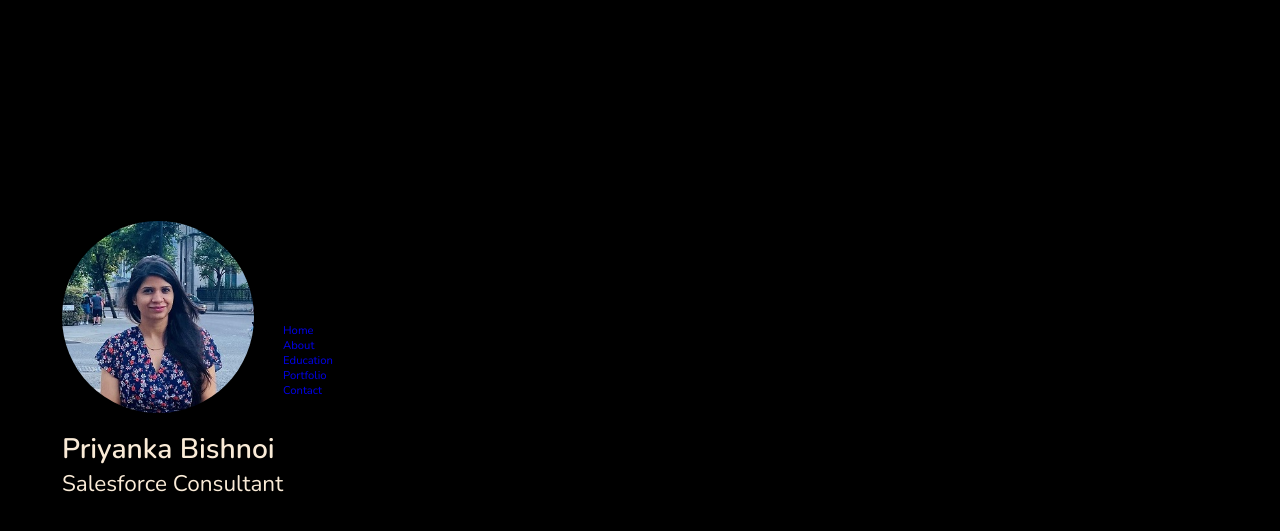
Repository: priyanka-bishnoi/PortfolioPage
Page: MyPage.html
The author's editor kept a copy of each file at every save. The page is drawn from the files as they stood at one save, then again after the next save.
The browser window is 1280 px wide. The pictures show the whole page.

Above is the page before, as saved 2022-10-07 16:19:07.

### MyPage.html
<!DOCTYPE html>
<html>
<head>
    <link rel="stylesheet" href="css/style.css">
<style>
body {
  background-color: black;
}
</style>
</head>
<body>
<header>
    <div class= "user">
        <img src="Background1.jpg"/>
        <h1 class="name" >Priyanka Bishnoi</h1>
        <p class="post" >Salesforce Consultant</p>
    </div>

    <nav class="navBar">
        <ul>
            <li> <a href="#home">Home</a></li>
            <li> <a href="#about">About</a></li>
            <li> <a href="#education">Education</a></li>
            <li> <a href="#portfolio">Portfolio</a></li>
            <li> <a href="#contact">Contact</a></li>

        </ul>


    </nav>


</header>
</body>
</html>

### css/style.css
@import url('https://fonts.googleapis.com/css2?family=Nunito:wght@200;300;400;600&display=swap');
*{
    font-family: 'Nunito', sans-serif;
    margin:0;
    padding:0;
    box-sizing:border-box;
    text-decoration:none;
    text-transform:capitalize;
    transition:all .2s linear;
}
html {
    font-size:70.5%;
    overflow-x:hidden;
}
body {
    background:black;
    overflow-x: hidden;
}
header {
    position:fixed;
    top:0; left:0;
    z-index:1000;
    height:100%;
    width:35rem;
    background:black;
    display:flex;
    align-items:center;
    justify-content: center;
}
body{
    background: #111;
}
header .user img {
    height: 17rem;
    width: 17rem;
    border-radius: 50%;
    object-fit: cover;
    margin-bottom: 1rem;
    border: 0.7rem solid var(--yellow);
}
header .user .name {
    font-size: 2.5rem;
    color: antiquewhite;
}
header .user .post{
    font-size: 2rem;
    color: antiquewhite;
}

header .navBar {

}

After the next save:
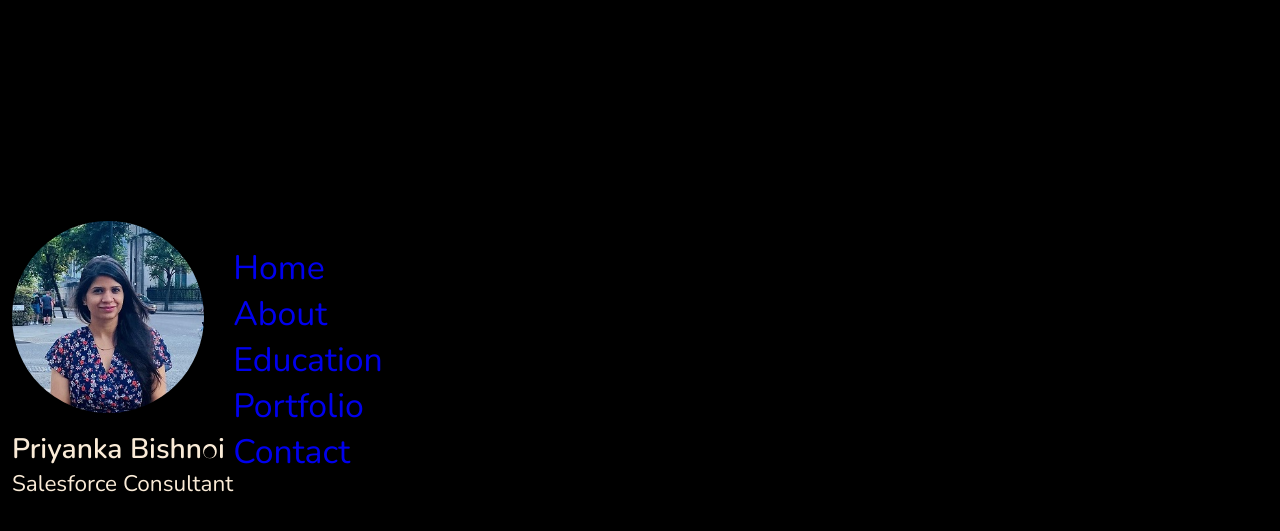
Saved 11 s later.
--- a/css/style.css
+++ b/css/style.css
@@ -48,5 +48,5 @@
 }
 
 header .navBar {
-
+    font-size : 3rem;
 }

After the save that followed:
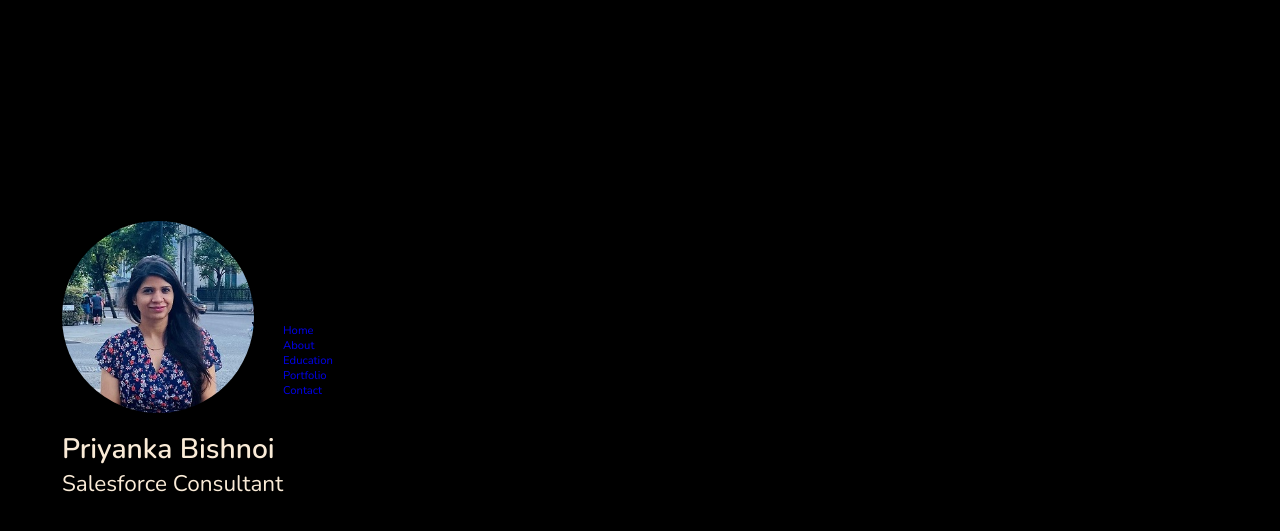
Saved 6 s later.
--- a/css/style.css
+++ b/css/style.css
@@ -48,5 +48,5 @@
 }
 
 header .navBar {
-    font-size : 3rem;
+    font-size : 1rem;
 }
